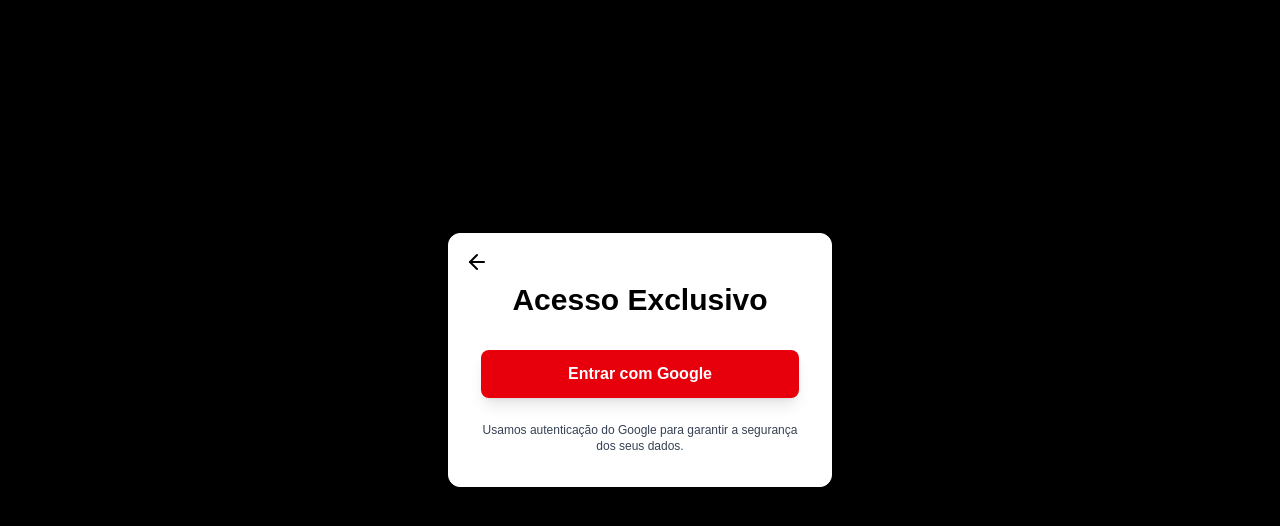
Repository: NunesJulia/faladireito-ai
Page: /login
These files come from the project's save history. The page is drawn as it stood at one moment and after the next save; the edit follows.
The browser window is 1280 px wide. The pictures show the whole page.
The project was rebuilt for these pictures with package versions that can differ from the ones it lists, and the page was loaded fresh each time. The framework's server and built-in components were replaced by stand-ins that run in the browser. Also part of the build but not shown: next.config.ts.

Above is the page before, as saved 2025-12-08 19:28:23.

### app/layout.tsx
// app/layout.tsx
import type { Metadata } from "next";
import { Geist, Geist_Mono } from "next/font/google";
import "./globals.css";
import { Providers } from "./providers";

const geistSans = Geist({
  variable: "--font-geist-sans",
  subsets: ["latin"],
});

const geistMono = Geist_Mono({
  variable: "--font-geist-mono",
  subsets: ["latin"],
});

export const metadata: Metadata = {
  title: "Create Next App",
  description: "Generated by create next app",
};

export default function RootLayout({
  children,
}: {
  children: React.ReactNode;
}) {
  return (
    <html lang="en">
      <body
        className={`${geistSans.variable} ${geistMono.variable} antialiased`}
      >
        <Providers>{children}</Providers>
      </body>
    </html>
  );
}

### app/login/page.tsx
// app/login/page.tsx
import { Suspense } from "react";
import LoginPage from "./login_component";


export default function Page() {
  return (
    <Suspense>
      <LoginPage />
    </Suspense>
  );
}

### app/providers.tsx
// app/providers.tsx
"use client";

import { SessionProvider } from "next-auth/react";

export function Providers({ children }: { children: React.ReactNode }) {
  return <SessionProvider>{children}</SessionProvider>;
}

### app/login/login_component.tsx
// app/login/login_component.tsx
"use client";

import { Loader2, ArrowLeft } from "lucide-react"; // Adicionado ArrowLeft
import { useState, useEffect } from "react";
import { signIn } from "next-auth/react";
import { useSearchParams, useRouter } from "next/navigation"; // Adicionado useRouter

export default function LoginPage() {
  const [isLoading, setIsLoading] = useState(false);
  const searchParams = useSearchParams();
  const router = useRouter(); // Inicializando o router
  const errorParam = searchParams.get("error");

  const [error, setError] = useState<string | null>(null);

  useEffect(() => {
    if (errorParam === "OAuthAccountNotLinked") {
      setError("Este e-mail está vinculado a outro método de login.");
    } else if (errorParam) {
      setError("Falha ao fazer login. Tente novamente.");
    }
  }, [errorParam]);

  const handleLogin = async () => {
    setIsLoading(true);
    await signIn("google", { callbackUrl: "/prompt" });
  };

  const handleGoBack = () => {
    router.push("/");
  };

  return (
    // Fundo da tela preto
    <div className="flex bg-black flex-col items-center justify-center min-h-[50vh] h-screen p-6">
      {/* Caixa de Login com fundo escuro e borda branca */}
      <div className="relative w-full max-w-sm bg-white p-8 rounded-xl shadow-2xl border border-white">

        {/* Botão de Voltar para Home */}
        <button
          onClick={handleGoBack}
          className="absolute top-4 left-4 text-black hover:text-gray-400 transition duration-150"
          aria-label="Voltar para a página inicial"
        >
          <ArrowLeft className="w-6 h-6" />
        </button>

        <h2 className="text-3xl font-bold text-center text-black mt-4 mb-8">
          Acesso Exclusivo
        </h2>

        {error && (
          <p className="text-sm text-red-400 bg-black p-3 rounded-lg mb-4 text-center border border-black">
            {error}
          </p>
        )}

        <button
          onClick={handleLogin}
          disabled={isLoading}
          className={`w-full cursor-pointer py-3 px-4 rounded-lg font-semibold transition duration-300 flex items-center justify-center
            ${isLoading
                ? "bg-gray-600 text-gray-400 cursor-not-allowed"
                : "bg-red-600 hover:bg-red-700 text-white shadow-lg"
            }`}
        >
          {isLoading ? (
            <>
              <Loader2 className="w-5 h-5 mr-2 animate-spin" />
              Redirecionando...
            </>
          ) : (
            <>Entrar com Google</>
          )}
        </button>

        <p className="mt-6 text-xs text-gray-700 text-sm text-center">
          Usamos autenticação do Google para garantir a segurança dos seus dados.
        </p>
      </div>
    </div>
  );
}

Loaded but not shown: app/globals.css (common file)

After the next save:
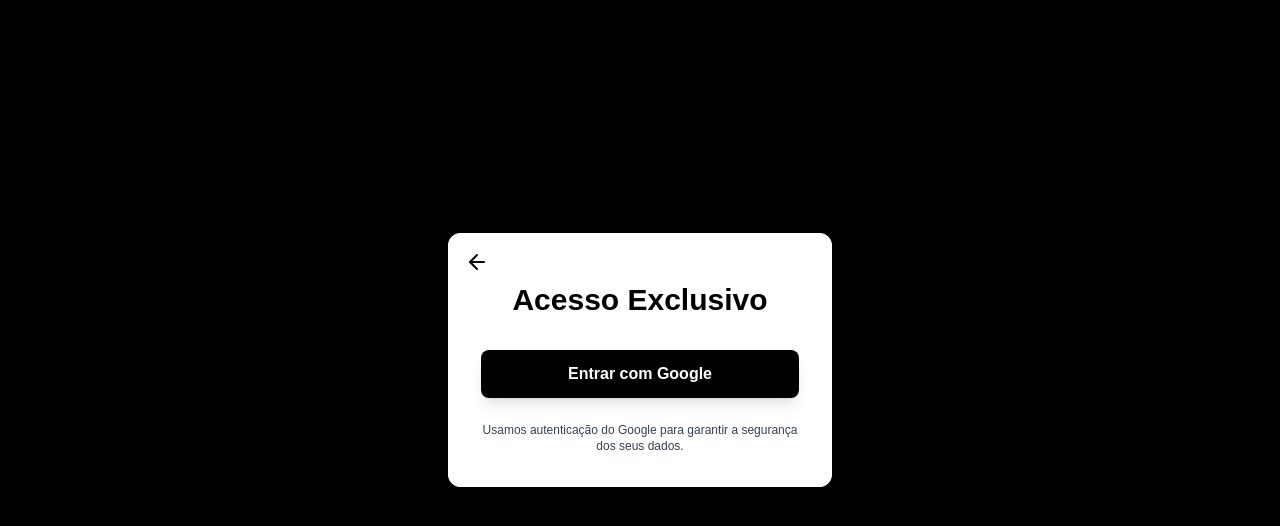
Saved 13 s later.
--- a/app/login/login_component.tsx
+++ b/app/login/login_component.tsx
@@ -62,7 +62,7 @@
           className={`w-full cursor-pointer py-3 px-4 rounded-lg font-semibold transition duration-300 flex items-center justify-center
             ${isLoading
                 ? "bg-gray-600 text-gray-400 cursor-not-allowed"
-                : "bg-red-600 hover:bg-red-700 text-white shadow-lg"
+                : "bg-black hover:bg-red-700 text-white shadow-lg"
             }`}
         >
           {isLoading ? (
